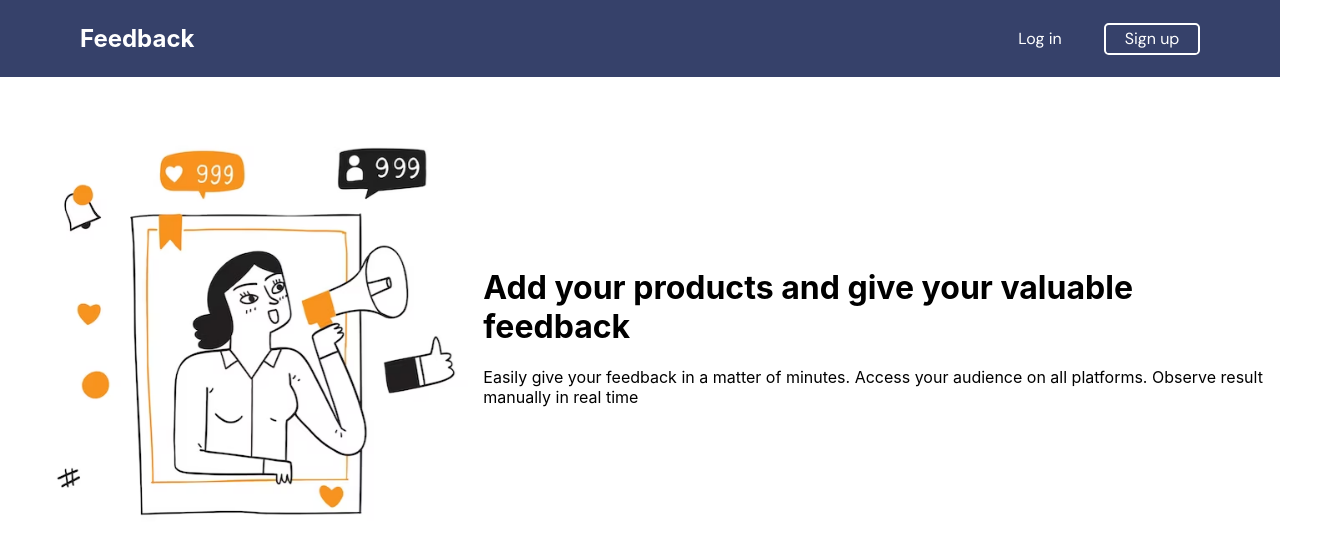
Repository: drumsmanku/final-evaluation-test
Page: / (app in client/)
These files come from the project's save history. The page is drawn as it stood at one moment and after the next save; the edit follows.
The browser window is 1280 px wide. The page is 1280 px wide, then 1328 px, so the pictures cover 1328 px, including what lies to the right of the window. The pictures show the whole page.
The project was rebuilt for these pictures with package versions that can differ from the ones it lists, and the page was loaded fresh each time. Also part of the build but not shown: client/src/App.css.

Above is the page before, as saved 2023-07-27 22:00:08.

After the next save:
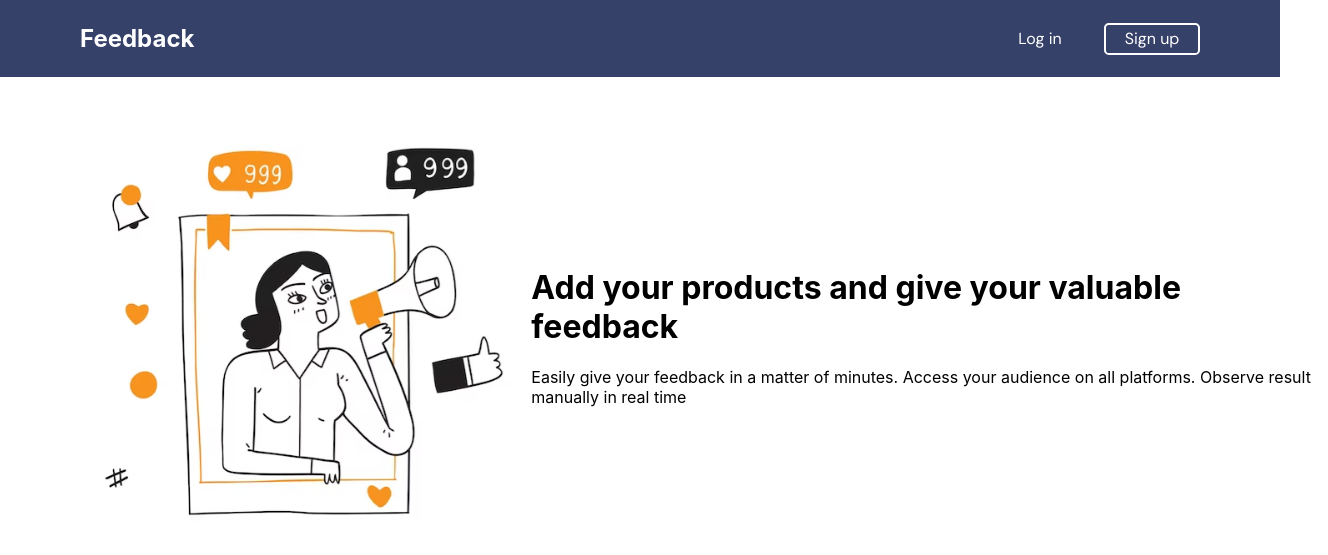
Saved 43 s later.
--- a/client/src/CSS/MainPage.css
+++ b/client/src/CSS/MainPage.css
@@ -46,4 +46,5 @@
   width: 100%;
   display: flex;
   align-items: center;
+  margin-left: 3rem;
 }
